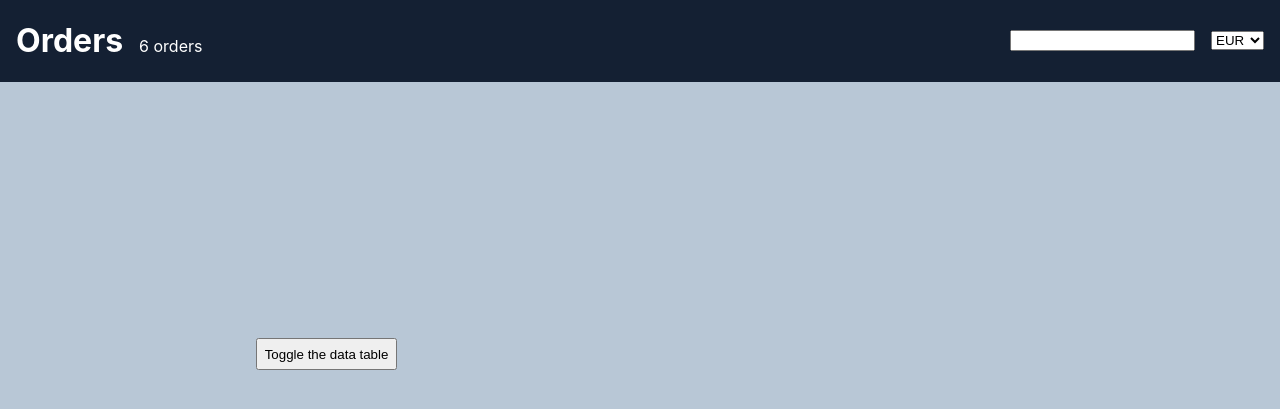
Repository: PreetiToppo/Assignment_Question_1
Page: /
The author's editor kept a copy of each file at every save. The page is drawn from the files as they stood at one save, then again after the next save.
The browser window is 1280 px wide. The pictures show the whole page.
The project was rebuilt for these pictures with package versions that can differ from the ones it lists, and the page was loaded fresh each time. Also part of the build but not shown: src/component/list/ListRow.module.css, src/component/list/ListRow.jsx, src/component/list/ListRowCell.module.css, src/component/list/ListRowCell.jsx, src/component/list/ListHeader.jsx, src/component/list/ListHeaderCell.module.css, src/component/list/ListHeaderCell.jsx, src/component/list/List.module.css and 4 more.

Above is the page before, as saved 2023-08-06 13:30:10.

After the next save:
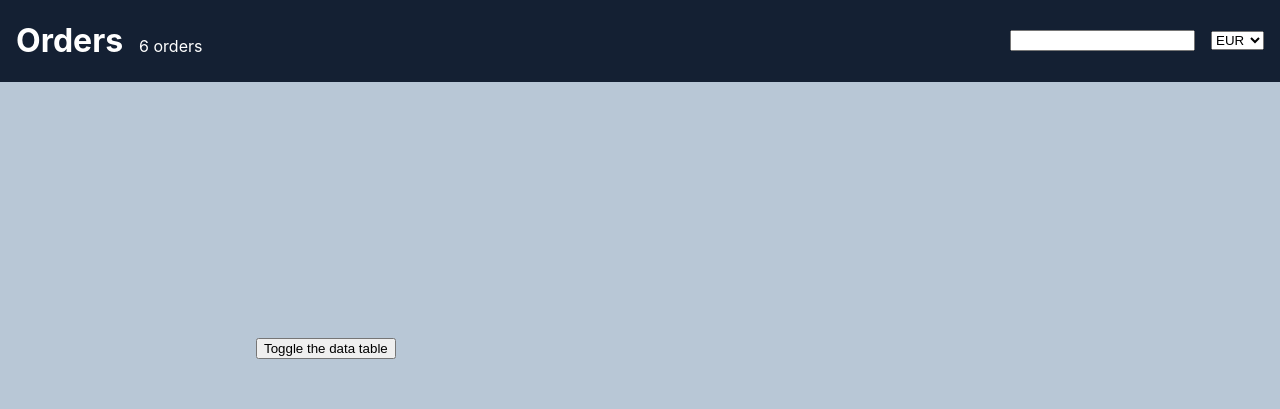
Saved 11 s later.
--- a/src/pages/Dashboard.module.css
+++ b/src/pages/Dashboard.module.css
@@ -31,6 +31,5 @@
   display: flex;
   justify-content: center;
   align-items: center;
-  padding: 0.5em;
   margin: 20% 20%;
 }
